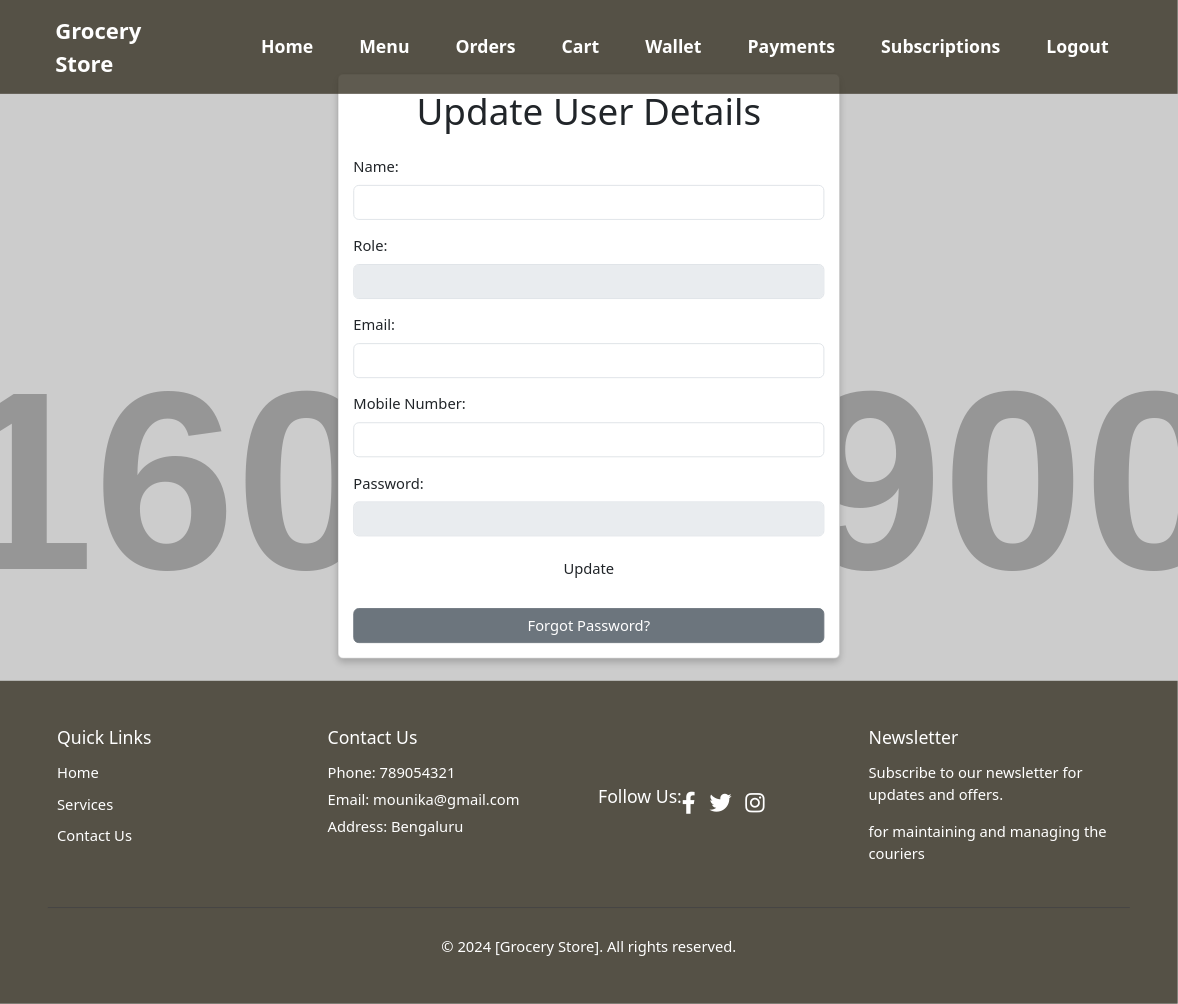
Repository: NagaMounikaY/GroceriesSubscriptionBookingManagement
Page: http://localhost/GroceriesSubBookingSystem/WEB-INF/views/profile.jsp
These files come from the project's save history. The page is drawn as it stood at one moment and after the next save; the edit follows.
The browser window is 1280 px wide. The pictures show the whole page, at 92% of full size.
The page is served by Tomcat 9. Nobody is signed in. Other server files are loaded and not shown. The template is opened directly, without the code that normally fills it, so the values that code supplies are empty.

Above is the page before, as saved 2024-09-16 07:28:53.

### GroceriesSubBookingSystem/src/main/webapp/WEB-INF/views/profile.jsp
<%@ page language="java" contentType="text/html; charset=ISO-8859-1" pageEncoding="ISO-8859-1" isELIgnored="false"%>
<%@ taglib uri="http://java.sun.com/jsp/jstl/core" prefix="c"%>
<!DOCTYPE html>
<html lang="en">
<head>
    <meta charset="UTF-8">
    <meta name="viewport" content="width=device-width, initial-scale=1.0">
    <title>Update User Details</title>
    <link rel="stylesheet" href="https://stackpath.bootstrapcdn.com/bootstrap/4.3.1/css/bootstrap.min.css" integrity="sha384-ggOyR0iXCbMQv3Xipma34MD+dH/1fQ784/j6cY/iJTQUOhcWr7x9JvoRxT2MZw1T" crossorigin="anonymous">
    <style>
        body {
            background-image: url('https://via.placeholder.com/1600x900'); /* Add a background image */
            background-repeat: no-repeat;
            background-position: center;
            background-size: cover;
            color: #483D8B;
        }
        .card {
            border-radius: 15px;
            background: rgba(255, 255, 255, 0.8); /* Slightly transparent background */
            box-shadow: 0 4px 8px rgba(0, 0, 0, 0.2); /* Add shadow for better depth effect */
        }
        .card-body {
            padding: 2rem;
        }
        .btn-update {
            background-color: #4a4a4a; /* Dark grey color */
            border-color: #4a4a4a;
        }
        .btn-update:hover {
            background-color: #333; /* Even darker grey on hover */
            border-color: #333;
        }
        .error-message {
            color: red;
            font-size: 0.9em;
            margin-top: 0.5rem;
        }
        .form-control:focus {
            border-color: #4a4a4a;
            box-shadow: none;
        }
        .container {
            margin-top: 5rem;
        }
        .header-logo {
            max-width: 150px;
        }
    </style>
</head>
<body>
    <!-- Conditionally Render Header -->
    <c:choose>
        <c:when test="${sessionScope.userRole eq 'Seller'}">
            <!-- Seller Header -->
            <jsp:include page="/sellerHeader.jsp"></jsp:include>
        </c:when>
        <c:otherwise>
            <!-- Customer Header -->
            <jsp:include page="/customerHeader.jsp"></jsp:include>
        </c:otherwise>
    </c:choose>

    <div class="container">
        <div class="row justify-content-center">
            <div class="col-md-8 col-lg-6">
                <div class="card">
                    <div class="card-body">
                        <h1 class="card-title mb-4 text-center">Update User Details</h1>

                        <p class="text-center text-success">${message}</p>

                        <form action="${pageContext.request.contextPath}/users/profile" method="post" id="userForm">
                            <input type="hidden" name="user_id" value="${user.user_id}">

                            <div class="form-group">
                                <label for="user_Name">Name:</label>
                                <input type="text" id="user_Name" name="user_Name" value="${user.user_Name}" class="form-control" required>
                                <div id="user_NameError" class="error-message"></div>
                            </div>

                            <div class="form-group">
                                <label for="userRole">Role:</label>
                                <input type="text" id="userRole" value="${user.userRole}" class="form-control" name="userRole" readonly>
                            </div>

                            <div class="form-group">
                                <label for="userEmail">Email:</label>
                                <input type="email" id="userEmail" name="userEmail" value="${user.userEmail}" class="form-control">
                                <div id="userEmailError" class="error-message"></div>
                            </div>

                            <div class="form-group">
                                <label for="userMobileNumber">Mobile Number:</label>
                                <input type="tel" id="userMobileNumber" name="userMobileNumber" value="${user.userMobileNumber}" class="form-control" required>
                                <div id="userMobileNumberError" class="error-message"></div>
                            </div>

                            <div class="form-group">
                                <label for="userPassword">Password:</label>
                                <input type="password" id="userPassword" name="userPassword" value="${user.userPassword}" class="form-control" readonly>
                            </div>

                            <button type="submit" class="btn btn-update btn-block">Update</button>
                        </form>

                        <br>
                        <a href="${pageContext.request.contextPath}/users/forgot-password" class="btn btn-secondary btn-block">Forgot Password?</a>
                    </div>
                </div>
            </div>
        </div>
    </div>

    <br>
    <jsp:include page="/footer.jsp"></jsp:include>

    <script>
        function validateField(id, value, regex, minLength, maxLength, errorMsg) {
            let errorElement = document.getElementById(id + 'Error');
            if (!value) {
                errorElement.textContent = "This field is required";
                return false;
            } else if (minLength && value.length < minLength) {
                errorElement.textContent = `Must be at least ${minLength} characters long`;
                return false;
            } else if (maxLength && value.length > maxLength) {
                errorElement.textContent = `Must be less than ${maxLength} characters long`;
                return false;
            } else if (regex && !regex.test(value)) {
                errorElement.textContent = errorMsg;
                return false;
            } else {
                errorElement.textContent = "";
                return true;
            }
        }

        document.getElementById('user_Name').addEventListener('input', function() {
            let value = this.value.trim();
            validateField('user_Name', value, /^[A-Za-z\s]+$/, 3, 50, "Name must contain only letters and spaces and be between 3 and 50 characters long");
        });

        document.getElementById('userEmail').addEventListener('input', function() {
            let value = this.value.trim();
            validateField('userEmail', value, /^[^\s@]+@[^\s@]+\.[^\s@]+$/, null, null, "Enter a valid email address");
        });

        document.getElementById('userMobileNumber').addEventListener('input', function() {
            let value = this.value.trim();
            validateField('userMobileNumber', value, /^[6-9][0-9]{9}$/, null, null, "Mobile number must start with 6, 7, 8, or 9 and be exactly 10 digits long");
        });

        document.getElementById('userForm').addEventListener('submit', function(event) {
            let isValid = true;

            let name = document.getElementById('user_Name').value.trim();
            let email = document.getElementById('userEmail').value.trim();
            let mobile = document.getElementById('userMobileNumber').value.trim();

            if (!validateField('user_Name', name, /^[A-Za-z\s]+$/, 3, 50, "Name must contain only letters and spaces and be between 3 and 50 characters long")) isValid = false;
            if (!validateField('userEmail', email, /^[^\s@]+@[^\s@]+\.[^\s@]+$/, null, null, "Enter a valid email address")) isValid = false;
            if (!validateField('userMobileNumber', mobile, /^[6-9][0-9]{9}$/, null, null, "Mobile number must start with 6, 7, 8, or 9 and be exactly 10 digits long")) isValid = false;

            if (!isValid) {
                event.preventDefault(); // Prevent form submission if validation fails
            }
        });
    </script>
</body>
</html>

### GroceriesSubBookingSystem/src/main/webapp/customerHeader.jsp
<%@ page language="java" contentType="text/html; charset=ISO-8859-1"
    pageEncoding="ISO-8859-1" isELIgnored="false"%>
<!DOCTYPE html PUBLIC "-//W3C//DTD HTML 4.01 Transitional//EN" "http://www.w3.org/TR/html4/loose.dtd">
<html>
<head>
<meta http-equiv="Content-Type" content="text/html; charset=ISO-8859-1">
<title>Courier Booking System</title>
<link href="https://stackpath.bootstrapcdn.com/bootstrap/5.3.0/css/bootstrap.min.css" rel="stylesheet">
<link rel="stylesheet" href="https://cdnjs.cloudflare.com/ajax/libs/font-awesome/4.7.0/css/font-awesome.min.css">
<style>
/* Header */
header {
    background: rgba(56, 51, 37, 0.8);
    color: #fff;
    padding: 15px 0;
    position: fixed;
    width: 100%;
    top: 0;
    left: 0;
    z-index: 1000;
}

header .container {
    display: flex;
    justify-content: space-between;
    align-items: center;
    max-width: 1200px;
    margin: 0 auto;
    padding: 0 20px;
}

header .logo {
    font-size: 1.5em; /* Increased size for the logo */
    font-weight: bold;
}

header nav ul {
    list-style: none;
    display: flex;
    margin: 0;
}

header nav ul li {
    margin-left: 20px;
}

header nav ul li a {
    color: #fff;
    text-decoration: none;
    padding: 10px 15px; /* Increased padding for better click area */
    font-size: 1.2em; /* Increased font size for navigation links */
    border-radius: 5px;
}

header nav ul li a:hover {
    background: #575757;
}
</style>
</head>
<body>
  <!-- Header -->
    <header>
        <div class="container">
            <div class="logo"> Grocery Store</div>
            <nav>
                <ul>
                    <li><a href="${pageContext.request.contextPath}/home.jsp"><strong>Home</strong></a></li>
                    <li><a href="${pageContext.request.contextPath}/groceries/list"><strong>Menu</strong></a></li>
                    <li><a href="${pageContext.request.contextPath}/orders/viewOrders"><strong>Orders</strong></a></li>
					<li><a href="${pageContext.request.contextPath}/orders/cart"><strong>Cart</strong></a>
					<li><a href="${pageContext.request.contextPath}/wallets/wallet"><strong>Wallet</strong></a>
					<li><a href="${pageContext.request.contextPath}/payment/history"><strong>Payments</strong></a>
					<li><a href="${pageContext.request.contextPath}/subscription/subscriptionlist"><strong>Subscriptions</strong></a>
                    <li><a href="${pageContext.request.contextPath}/home.jsp"><strong>Logout</strong></a></li>
                </ul>
            </nav>
        </div>
    </header>

    <script src="https://code.jquery.com/jquery-3.5.1.slim.min.js"></script>
    <script src="https://cdn.jsdelivr.net/npm/@popperjs/core@2.11.6/dist/umd/popper.min.js"></script>
    <script src="https://stackpath.bootstrapcdn.com/bootstrap/5.3.0/js/bootstrap.bundle.min.js"></script>
</body>
</html>

### GroceriesSubBookingSystem/src/main/webapp/footer.jsp
<!DOCTYPE html>
<html>
<head>
<meta http-equiv="Content-Type" content="text/html; charset=ISO-8859-1">
<title>Insert title here</title>
<link href="https://stackpath.bootstrapcdn.com/bootstrap/5.3.0/css/bootstrap.min.css" rel="stylesheet">
<link rel="stylesheet" href="https://cdnjs.cloudflare.com/ajax/libs/font-awesome/6.0.0-beta3/css/all.min.css">
<style>
/* Features Section */
.features {
    padding: 60px 20px;
    background: #f9f9f9;
}

.features h2 {
    text-align: center;
    margin-bottom: 40px;
}

.feature-cards {
    display: flex;
    justify-content: space-around;
    flex-wrap: wrap;
}

.feature-card {
    background: #fff;
    border-radius: 8px;
    box-shadow: 0 4px 8px rgba(0,0,0,0.1);
    padding: 20px;
    width: 22%;
    text-align: center;
    margin-bottom: 20px;
}

.feature-card img {
    max-width: 50px;
    margin-bottom: 10px;
}

.feature-card h3 {
    margin: 10px 0;
    font-size: 1.2em;
}

.feature-card p {
    color: #666;
}

/* Footer */
footer {
    background: rgba(56, 51, 37, 0.8);
    color: #fff;
    padding: 40px 20px;
}

footer .container {
    max-width: 1200px;
    margin: 0 auto;
}

.footer-top {
    display: flex;
    justify-content: space-between;
    flex-wrap: wrap;
    margin-bottom: 20px;
}

.footer-top div {
    flex: 1;
    margin: 10px;
}

.footer-top h3 {
    margin-bottom: 15px;
    font-size: 1.2em;
}

.footer-top ul {
    list-style: none;
    padding: 0;
}

.footer-top ul li {
    margin-bottom: 10px;
}

.footer-top ul li a {
    color: #fff;
    text-decoration: none;
}

.footer-top ul li a:hover {
    text-decoration: underline;
}

.footer-contact p,
.footer-social a {
    margin: 5px 0;
}

.footer-social {
    display: flex;
    align-items: center;
}

.footer-social a {
    color: #fff;
    text-decoration: none;
    margin-right: 15px;
    font-size: 1.5em;
}

.footer-social a:hover {
    text-decoration: underline;
}

.footer-newsletter form {
    display: flex;
    justify-content: center;
    margin-top: 10px;
}

.footer-newsletter input {
    padding: 10px;
    border-radius: 5px;
    border: none;
    width: 250px;
    margin-right: 10px;
}

.footer-newsletter button {
    padding: 10px 20px;
    border-radius: 5px;
    border: none;
    background: #007BFF;
    color: #fff;
    font-weight: bold;
    cursor: pointer;
}

.footer-bottom {
    text-align: center;
    padding-top: 20px;
    border-top: 1px solid #444;
}

.footer-bottom p {
    margin: 10px 0;
}
</style>
</head>
<body>
    <!-- Footer -->
    <footer>
        <div class="container">
            <div class="footer-top">
                <div class="footer-links">
                    <h3>Quick Links</h3>
                    <ul>
                        <li><a href="${pageContext.request.contextPath}/home.jsp">Home</a></li>
                        <li><a href="${pageContext.request.contextPath}/services.jsp">Services</a></li>
                        <li><a href="${pageContext.request.contextPath}/contact.jsp">Contact Us</a></li>
                    </ul>
                </div>
                <div class="footer-contact">
                    <h3>Contact Us</h3>
                    <p>Phone: 789054321</p>
                    <p>Email: mounika@gmail.com</p>
                    <p>Address: Bengaluru</p>
                </div>
                <div class="footer-social">
                    <h3>Follow Us:</h3>
                    <br><br>
                    <a href="" class="fab fa-facebook-f"></a>
                    <a href="#" class="fab fa-twitter"></a>
                    <a href="#" class="fab fa-instagram"></a>
                </div>
                <div class="footer-newsletter">
                    <h3>Newsletter</h3>
                    <p>Subscribe to our newsletter for updates and offers.</p>
                    <p>for maintaining and managing the couriers</p>
                </div>
            </div>
            <div class="footer-bottom">
                <p>&copy; 2024 [Grocery Store]. All rights reserved.</p>
            </div>
        </div>
    </footer>
    <!-- Footer -->
</body>
</html>

After the next save:
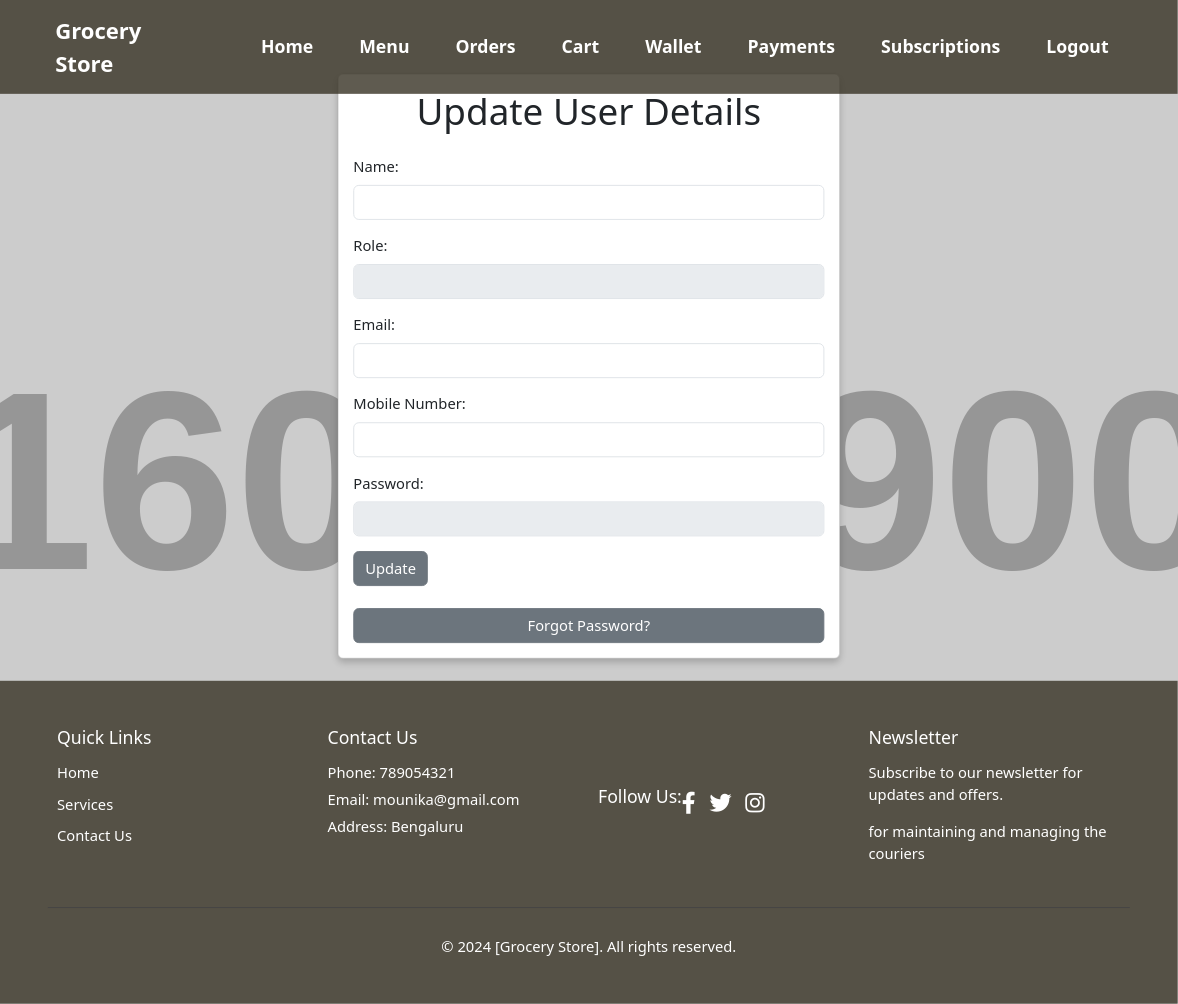
Saved 49 s later.
--- a/GroceriesSubBookingSystem/src/main/webapp/WEB-INF/views/profile.jsp
+++ b/GroceriesSubBookingSystem/src/main/webapp/WEB-INF/views/profile.jsp
@@ -101,7 +101,7 @@
                                 <input type="password" id="userPassword" name="userPassword" value="${user.userPassword}" class="form-control" readonly>
                             </div>
 
-                            <button type="submit" class="btn btn-update btn-block">Update</button>
+                            <button type="submit" class="btn btn-update btn-secondary">Update</button>
                         </form>
 
                         <br>
